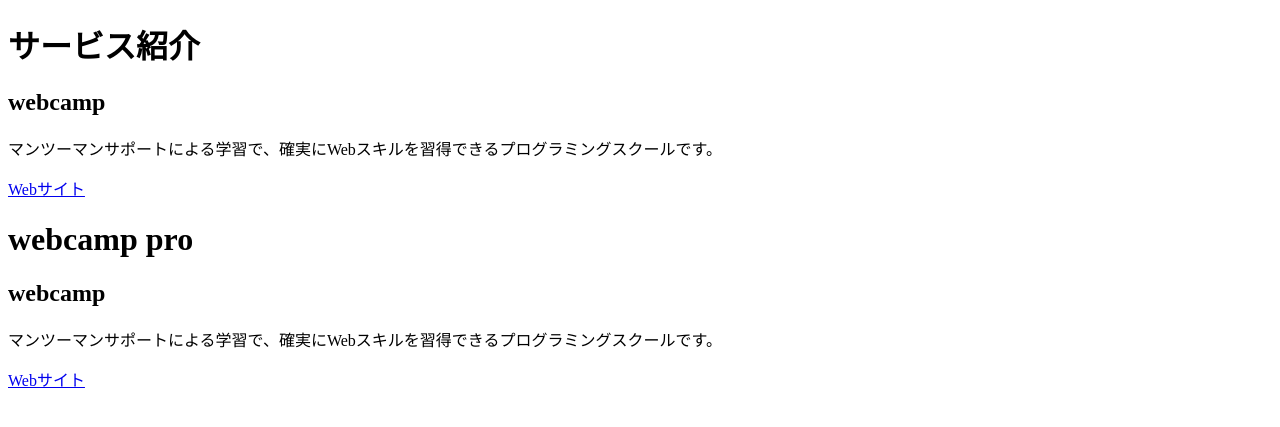
Repository: Yukari-Hangai/rensyu
Page: rensyu/rensyu.html
The author's editor kept a record of every edit. The page is drawn from the files as they stood at one moment, then again after the next edit.
The browser window is 1280 px wide. The pictures show the whole page.

Above is the page before.

After the next edit:
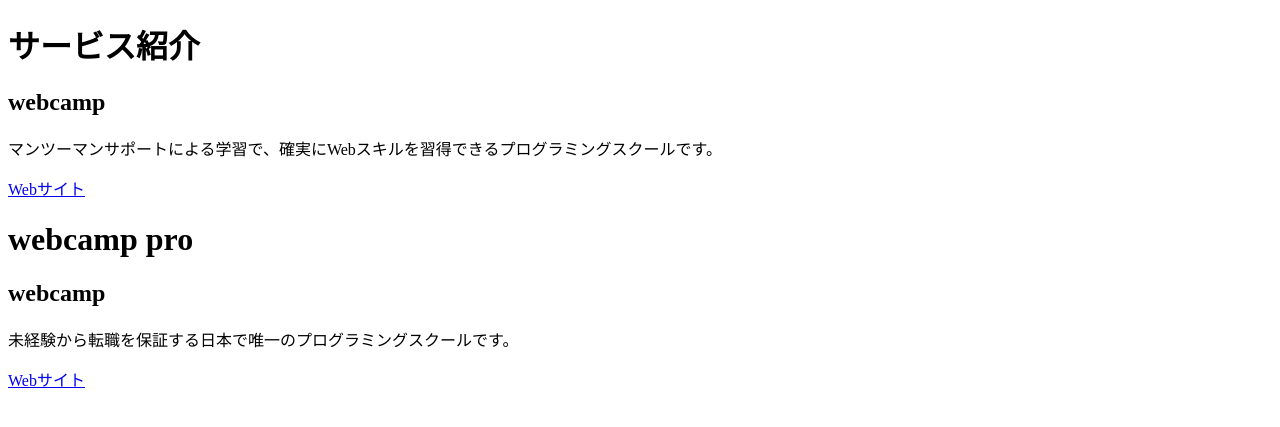
The edit:
--- a/rensyu/rensyu.html
+++ b/rensyu/rensyu.html
@@ -10,6 +10,6 @@
      <a href="https://web-camp.io/">Webサイト</a>
       <h1>webcamp pro</h1>
      <h2>webcamp</h2>
-     <p>マンツーマンサポートによる学習で、確実にWebスキルを習得できるプログラミングスクールです。</p>
+     <p>未経験から転職を保証する日本で唯一のプログラミングスクールです。</p>
      <a href="https://web-camp.io/">Webサイト</a>
  </body>
